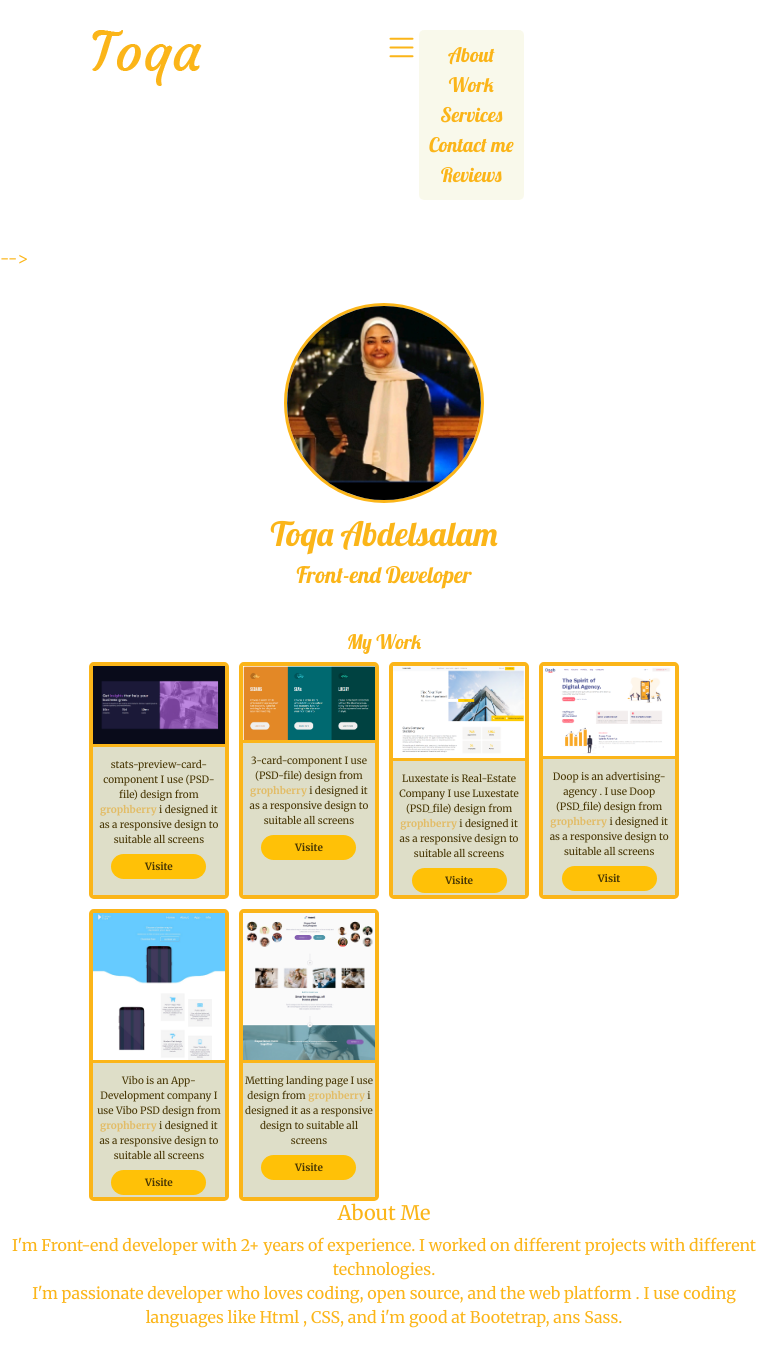
Repository: Toqa-25/portfolio
Page: index.html
These files come from the project's save history. The page is drawn as it stood at one moment and after a run of saves; the edit follows.
The browser window is 768 px wide. The pictures show the whole page.
Some web fonts or font styles are not loaded; a fallback is used.

Above is the page before, as saved 2021-10-31 16:57:54.

After the next 4 saves:
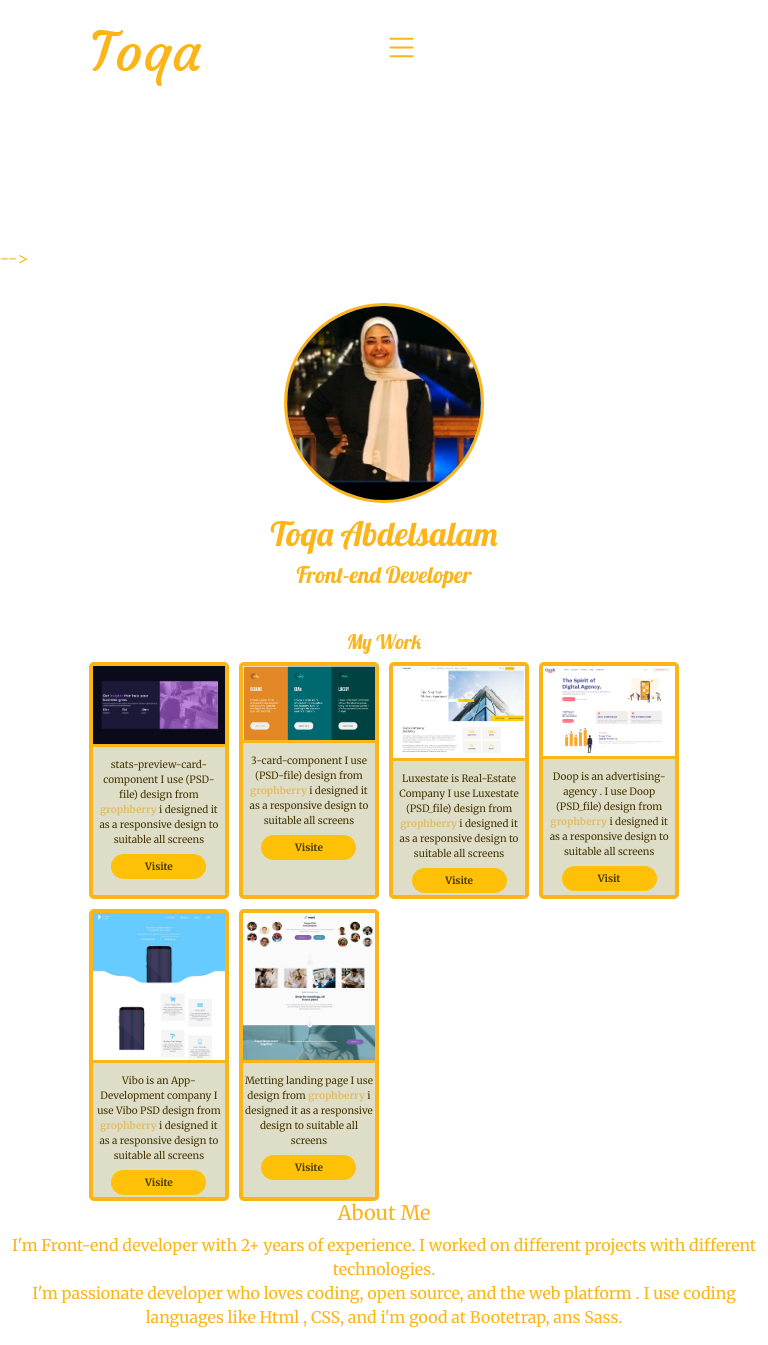
The 4 saves are shown as one change because they came seconds apart.
The last was saved 10 s later.
--- a/css/style.css
+++ b/css/style.css
@@ -85,7 +85,7 @@ body{
          -moz-transition: .2s;
          -ms-transition: .2s;
          -o-transition: .2s;
-         visibility: ;
+         visibility: hidden;
 }
 /* media quary for header*/
  @media (max-width: 991px){
@@ -96,7 +96,7 @@ body{
       display: flex;
   }
   .bar:hover .hidden-list{
-
+visibility: visible;
   }
   /* div{
       display: block;
